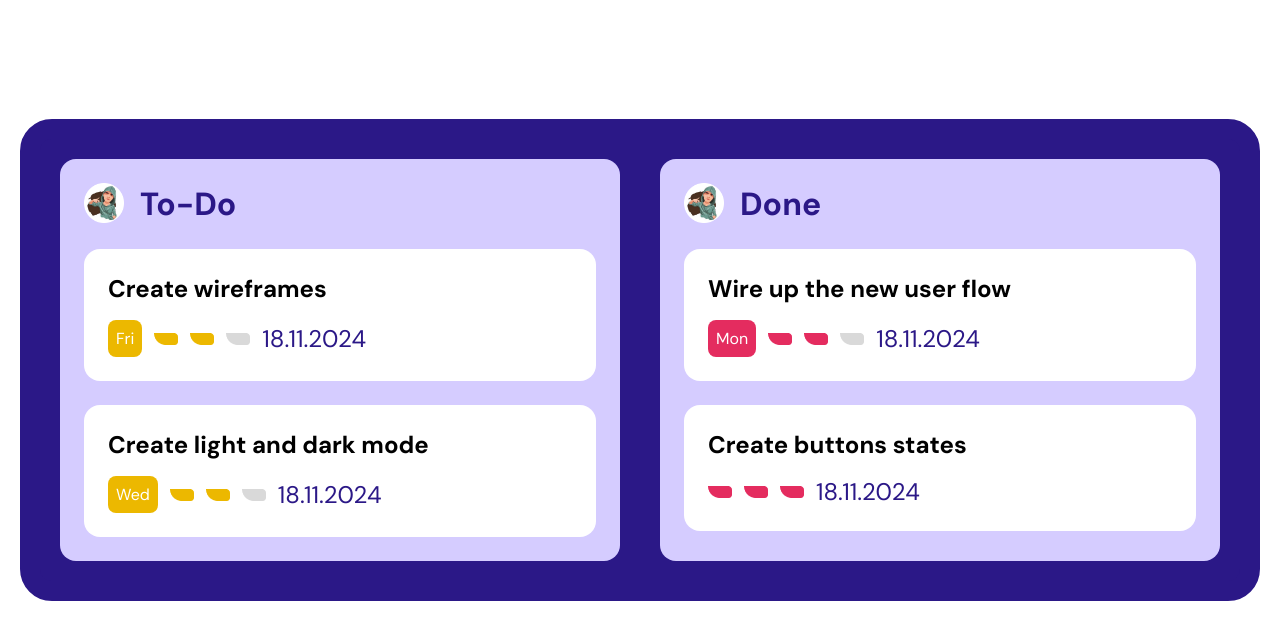
Repository: VitasYo/Kanban
Page: index.html
The author's editor kept a copy of each file at every save. The page is drawn from the files as they stood at one save, then again after a run of saves.
The browser window is 1280 px wide. The pictures show the whole page.

Above is the page before, as saved 2024-04-15 20:31:26.

After the next 2 saves:
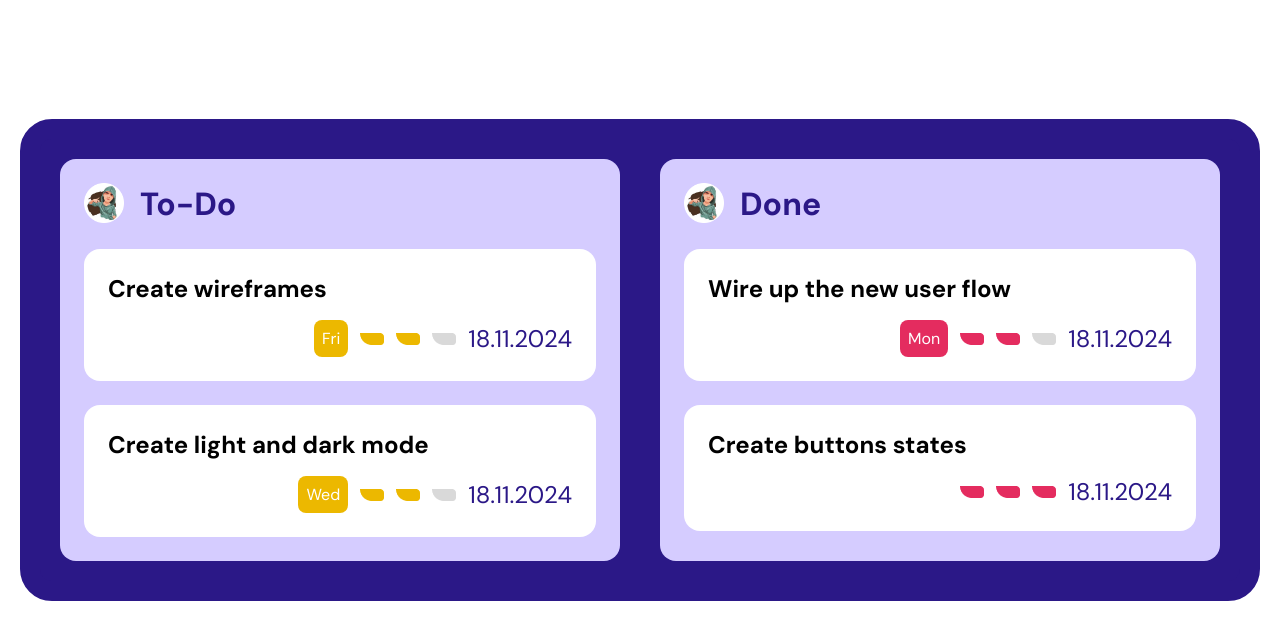
The 2 saves are shown as one change because they came seconds apart.
The last was saved 5 s later.
--- a/src/assets/css/component/_kanban.css
+++ b/src/assets/css/component/_kanban.css
@@ -49,6 +49,8 @@
         margin-top: 16px;
         display: flex;
         align-items: center;
+
+        justify-content: flex-end;
     }
 
         .card_pin_yel {

After the save that followed:
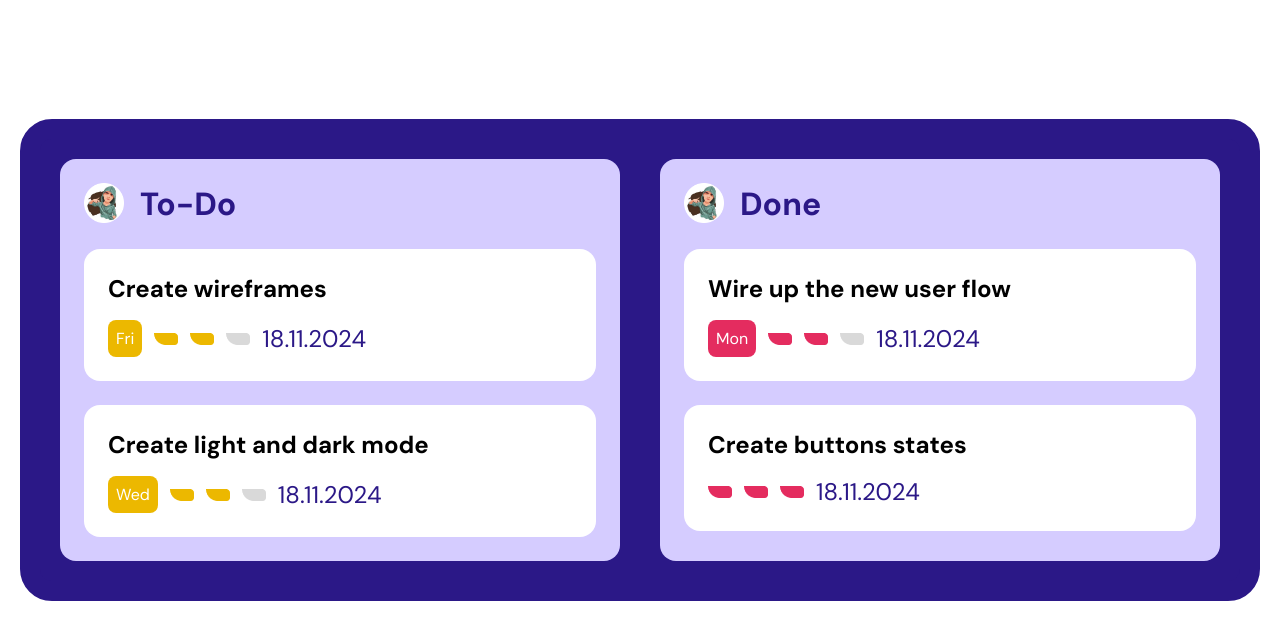
Saved 35 s later.
--- a/src/assets/css/component/_kanban.css
+++ b/src/assets/css/component/_kanban.css
@@ -49,8 +49,6 @@
         margin-top: 16px;
         display: flex;
         align-items: center;
-
-        justify-content: flex-end;
     }
 
         .card_pin_yel {
